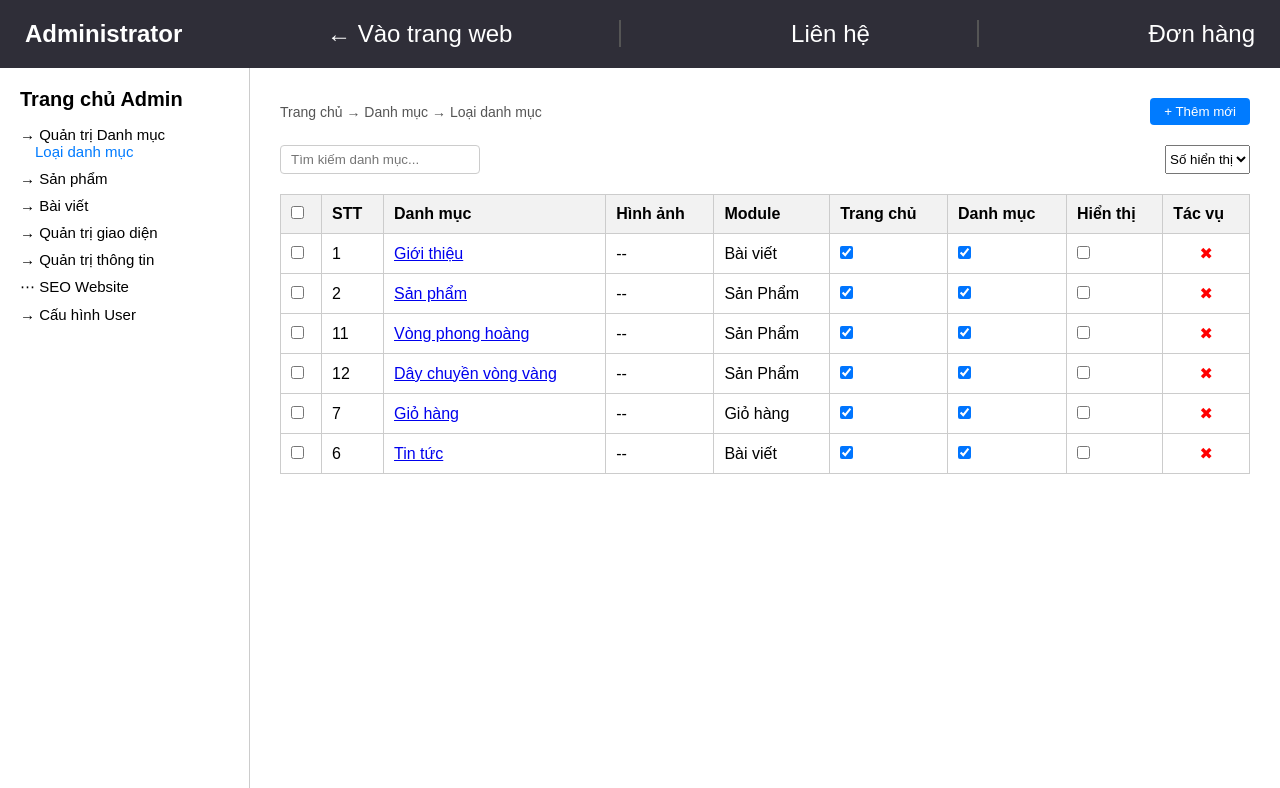
Repository: TranTanDat0606/Du-An-1
Page: Admin]/admin.html
An editor plug-in stored every save of this project. The page is shown before and after a run of saves, followed by the edit.
The browser window is 1280 px wide. The pictures show the whole page.

Above is the page before, as saved 2025-07-30 15:17:45.

After the next 3 saves:
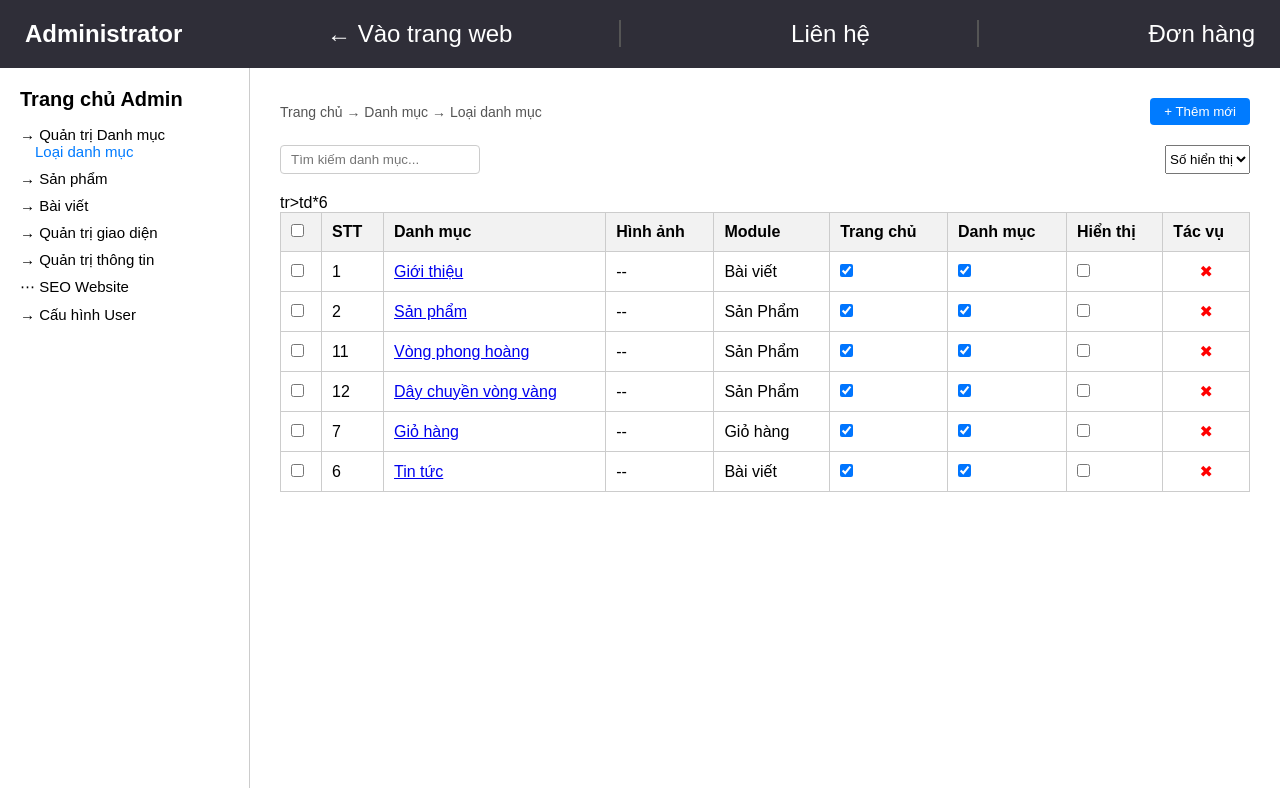
The 3 saves are shown as one change because they came seconds apart.
The last was saved 18 s later.
--- a/Admin]/admin.html
+++ b/Admin]/admin.html
@@ -124,6 +124,7 @@
         <td><input type="checkbox" /></td>
         <td class="text-danger">✖</td>
     </tr>
+    tr>td*6
         </tbody>
     </table>
     </main>

After the 4 saves that followed:
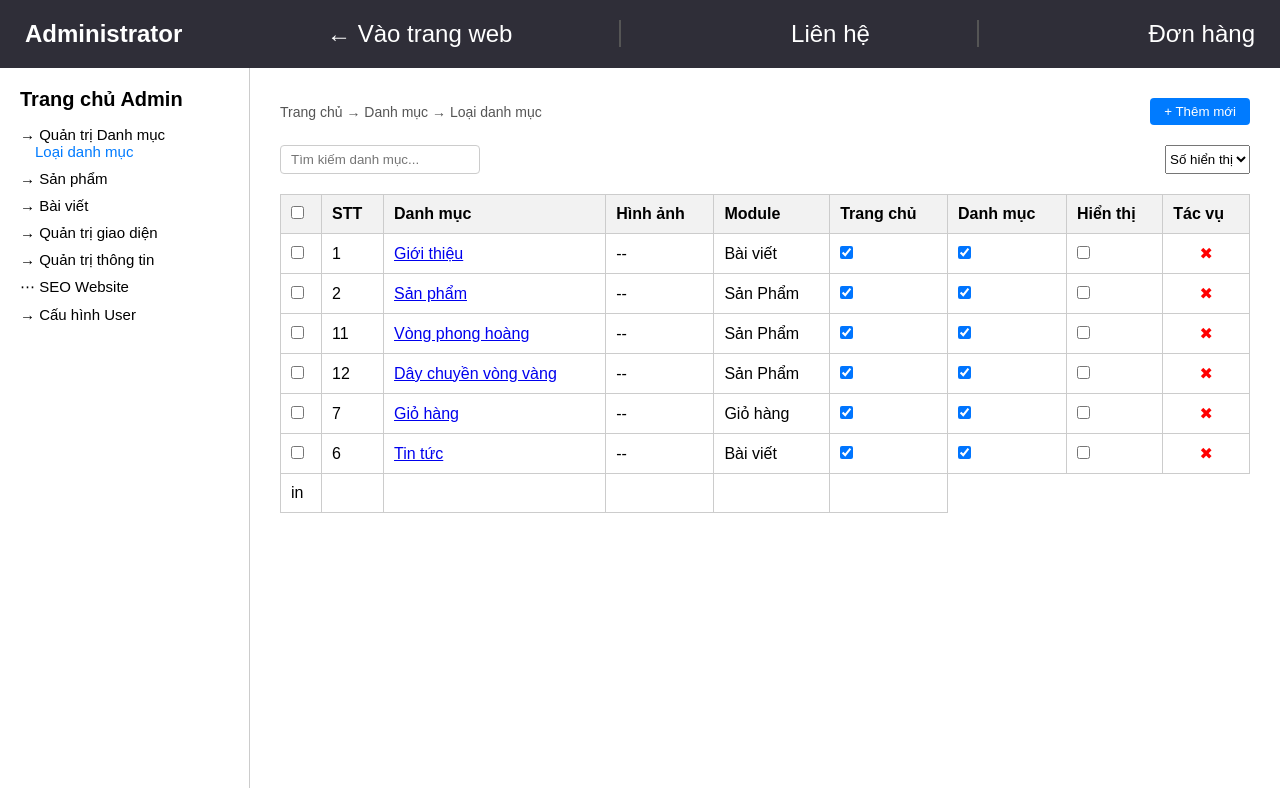
The 4 saves are shown as one change because they came seconds apart.
The last was saved 13 s later.
--- a/Admin]/admin.html
+++ b/Admin]/admin.html
@@ -124,7 +124,14 @@
         <td><input type="checkbox" /></td>
         <td class="text-danger">✖</td>
     </tr>
-    tr>td*6
+    <tr>
+        <td>in</td>
+        <td></td>
+        <td></td>
+        <td></td>
+        <td></td>
+        <td></td>
+    </tr>
         </tbody>
     </table>
     </main>
